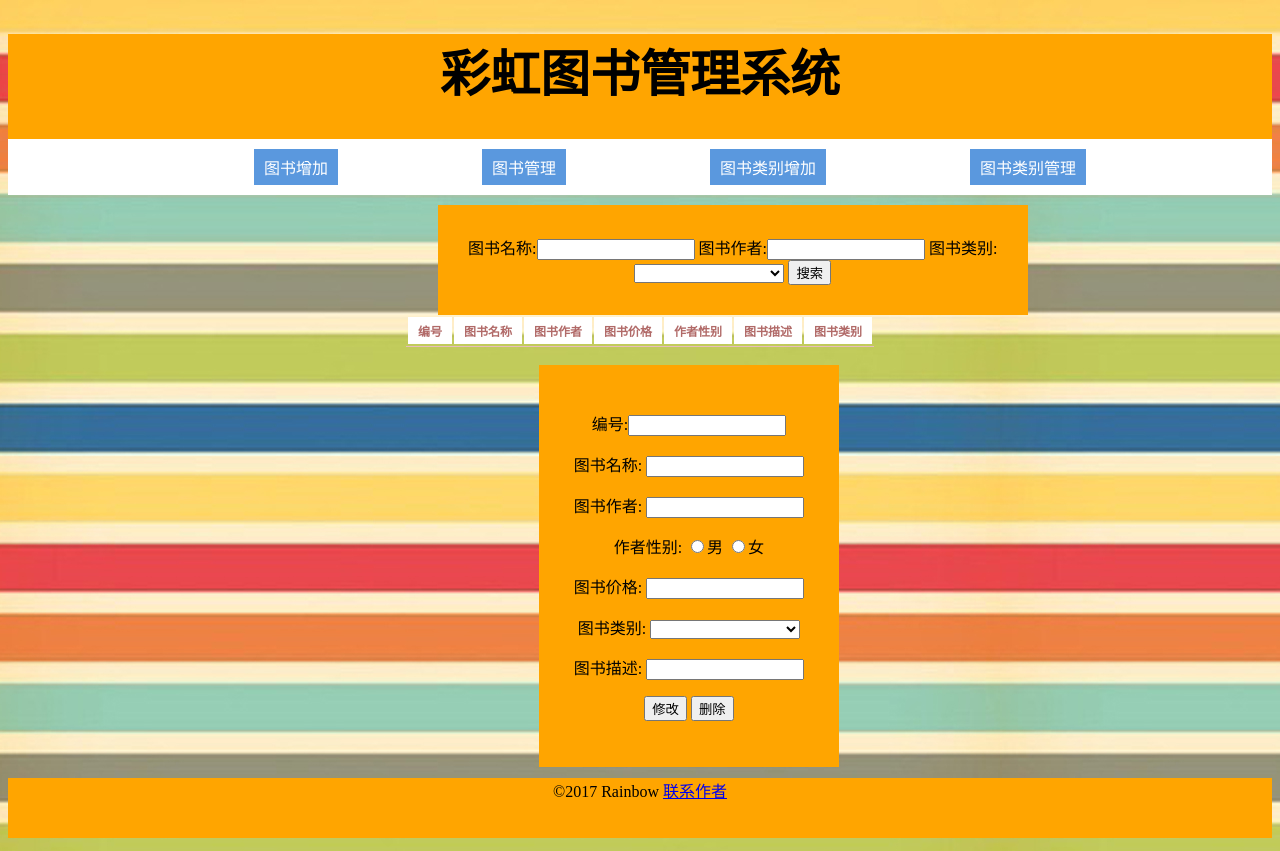
Repository: Rainbow-Chua/learningcode
Page: http://localhost/MyBookManager/BookManager.jsp
These files come from the project's save history. The page is drawn as it stood at one moment and after the next save; the edit follows.
The browser window is 1280 px wide. The pictures show the whole page.
The page is served by Tomcat 9. Queries for data that is not in the repository find no rows.

Above is the page before, as saved 2017-11-23 13:37:33.

After the next save:
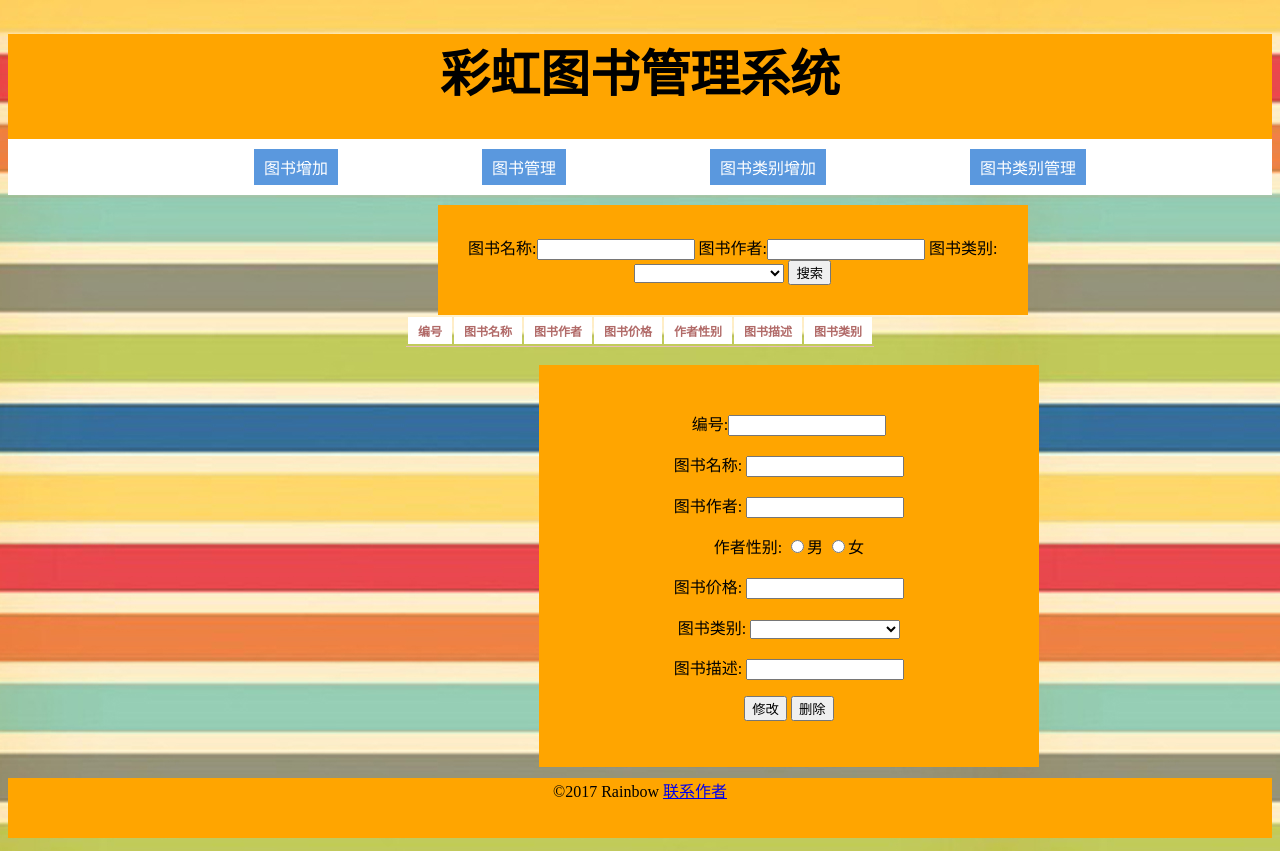
Saved 37 s later.
--- a/MyBookManager/WebContent/BookManager.jsp
+++ b/MyBookManager/WebContent/BookManager.jsp
@@ -145,7 +145,7 @@
 	<div>
 		<form action="bookmanager.do" method="post"
 			onsubmit="return checkForm(this);"
-			style="background-color: orange; position: relative; left: 42%; width: 300px;padding-top: 30px; padding-bottom: 30px ">
+			style="background-color: orange; position: relative; left: 42%; width: 500px;padding-top: 30px; padding-bottom: 30px ">
 			<p>
 				编号:<input id="bookId" name="bookId" type="text" readonly="readonly" style="width: 150px;">
 			</p>

After the save that followed:
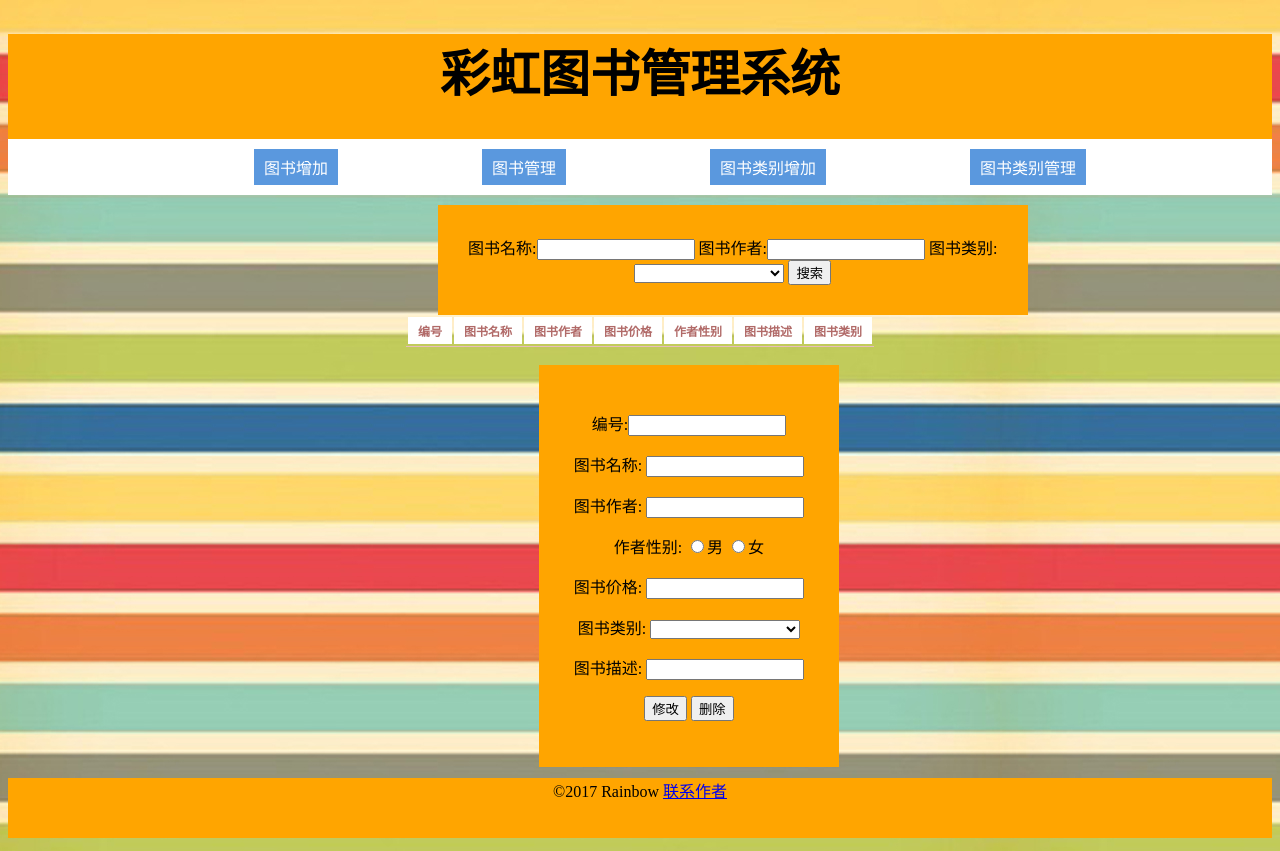
Saved 14 s later.
--- a/MyBookManager/WebContent/BookManager.jsp
+++ b/MyBookManager/WebContent/BookManager.jsp
@@ -145,7 +145,7 @@
 	<div>
 		<form action="bookmanager.do" method="post"
 			onsubmit="return checkForm(this);"
-			style="background-color: orange; position: relative; left: 42%; width: 500px;padding-top: 30px; padding-bottom: 30px ">
+			style="background-color: orange; position: relative; left: 42%; width: 300px;padding-top: 30px; padding-bottom: 30px ">
 			<p>
 				编号:<input id="bookId" name="bookId" type="text" readonly="readonly" style="width: 150px;">
 			</p>
